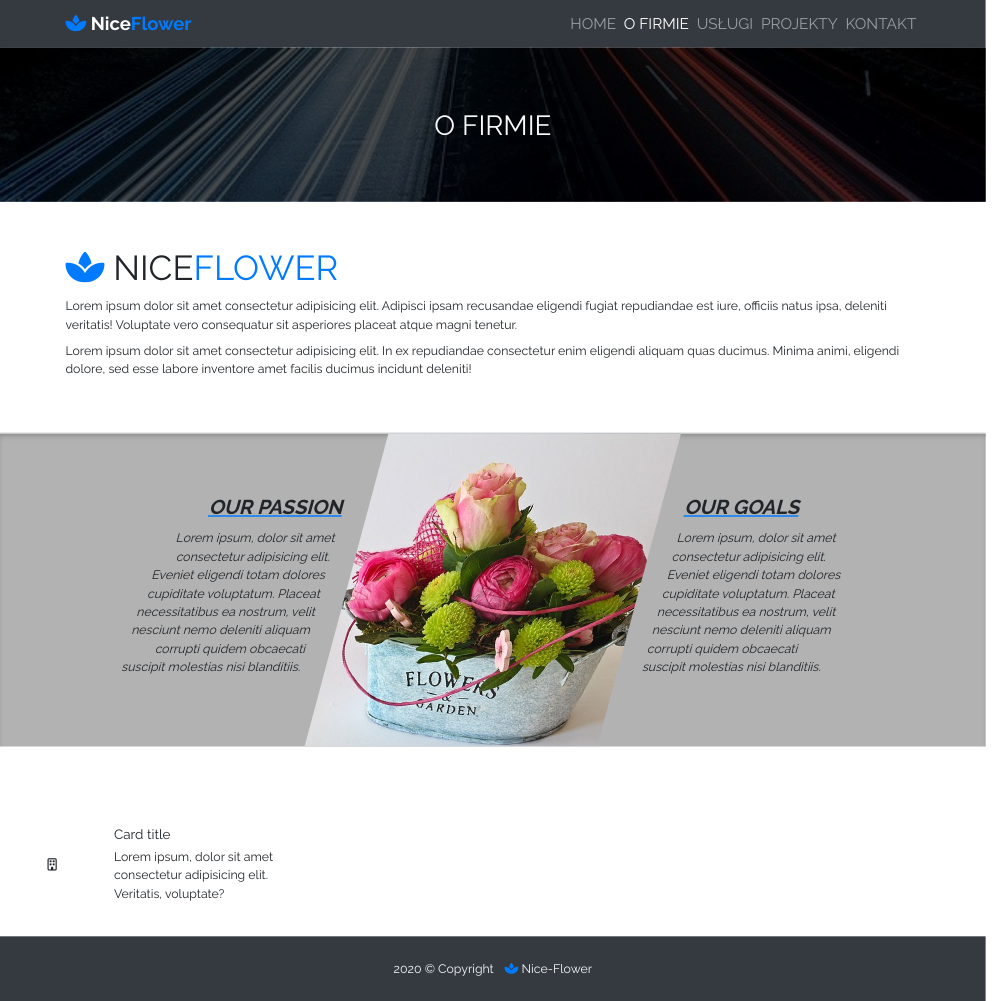
Repository: KrzysKolo/Projekt-13_Kwiaciarnia
Page: abouteus.html
These files come from the project's save history. The page is drawn as it stood at one moment and after the next save; the edit follows.
The browser window is 1280 px wide. The page is 1295 px wide, then 1280 px, so the pictures cover 1295 px, including what lies to the right of the window. The pictures show the whole page, at 77% of full size.
Some web libraries are served in a nearby version.

Above is the page before, as saved 2020-08-10 10:28:37.

### abouteus.html
<!DOCTYPE html>
<html lang="pl">
  <head>
    <meta charset="UTF-8" />
    <meta name="viewport" content="width=device-width, initial-scale=1.0" />
    <title>Nice-Flower</title>
    <script
      src="https://kit.fontawesome.com/21efeaf281.js"
      crossorigin="anonymous"
    ></script>

    <link
      rel="stylesheet"
      href="https://stackpath.bootstrapcdn.com/bootstrap/4.5.0/css/bootstrap.min.css"
      integrity="sha384-9aIt2nRpC12Uk9gS9baDl411NQApFmC26EwAOH8WgZl5MYYxFfc+NcPb1dKGj7Sk"
      crossorigin="anonymous"
    />
    <link
      href="https://fonts.googleapis.com/css2?family=Raleway:wght@400;700&display=swap"
      rel="stylesheet"
    />
    <link rel="stylesheet" href="style.css" />
  </head>
  <body>
    <nav class="navbar navbar-expand-lg navbar-dark bg-dark py-3">
      <div class="container">
        <a class="navbar-brand" href="#"
          ><i class="fas fa-spa text-primary"></i> Nice<span
            class="text-primary"
            >Flower</span
          ></a
        >
        <button
          class="navbar-toggler border-0"
          type="button"
          data-toggle="collapse"
          data-target="#navbarNavAltMarkup"
          aria-controls="navbarNavAltMarkup"
          aria-expanded="false"
          aria-label="Toggle navigation"
        >
          <i class="fas fa-bars px-4"></i>
        </button>
        <div class="collapse navbar-collapse" id="navbarNavAltMarkup">
          <div class="navbar-nav ml-auto">
            <a class="nav-link" href="index.html">Home </a>
            <a class="nav-link active" href="#"
              >O firmie<span class="sr-only">(current)</span></a
            >
            <a class="nav-link" href="services.html">Usługi</a>
            <a class="nav-link" href="projects.html">Projekty</a>
            <a class="nav-link" href="contact.html">Kontakt</a>
          </div>
        </div>
      </div>
    </nav>

    <!-- MAIN -->
    <main>
      <section class="top-hero aboutus-hero">
        <div class="hero-shadow"></div>
        <p class="top-hero-text text-light">O firmie</p>
      </section>
      <section class="aboutus-top p-5">
        <div class="row">
          <div class="container py-5">
            <p class="display-3">
              <i class="fas fa-spa text-primary"></i> Nice<span
                class="text-primary"
                >Flower</span
              >
            </p>
            <p>
              Lorem ipsum dolor sit amet consectetur adipisicing elit. Adipisci
              ipsam recusandae eligendi fugiat repudiandae est iure, officiis
              natus ipsa, deleniti veritatis! Voluptate vero consequatur sit
              asperiores placeat atque magni tenetur.
            </p>
            <p>
              Lorem ipsum dolor sit amet consectetur adipisicing elit. In ex
              repudiandae consectetur enim eligendi aliquam quas ducimus. Minima
              animi, eligendi dolore, sed esse labore inventore amet facilis
              ducimus incidunt deleniti!
            </p>
          </div>
        </div>
      </section>
      <section class="border-top border-bottom aboutus-info aboutus-shadow">
        <div class="container">
          <div class="row m-0 justify-content-center">
            <div class="col-lg-3 aboutus-text abouts-text-left">
              <h3>our passion</h3>
              <p>
                Lorem ipsum, dolor sit amet consectetur adipisicing elit.
                Eveniet eligendi totam dolores cupiditate voluptatum. Placeat
                necessitatibus ea nostrum, velit nesciunt nemo deleniti aliquam
                corrupti quidem obcaecati suscipit molestias nisi blanditiis.
              </p>
            </div>
            <div class="d-lg-none col aboutus-img"></div>
            <div class="d-none d-lg-block col-lg-4 aboutus-img"></div>
            <div class="col-lg-3 aboutus-text abouts-text-right">
              <h3>our goals</h3>
              <p>
                Lorem ipsum, dolor sit amet consectetur adipisicing elit.
                Eveniet eligendi totam dolores cupiditate voluptatum. Placeat
                necessitatibus ea nostrum, velit nesciunt nemo deleniti aliquam
                corrupti quidem obcaecati suscipit molestias nisi blanditiis.
              </p>
            </div>
          </div>
        </div>
      </section>
      <section class="aboutus-bottom py-5">
        <div class="container py-5 text-light"></div>
        <div class="row row-cols-md-2 row-cols-lg-3">
          <div class="col-md-6 col-lg-4">
            <div class="row no-gutters">
              <div
                class="col-4 d-flex justify-content-center align-items-center"
              >
                <i class="far fa-building"></i>
              </div>
              <div class="col-8">
                <div class="card-body">
                  <h3 class="card-title">Card title</h3>
                  <p class="card-text">
                    Lorem ipsum, dolor sit amet consectetur adipisicing elit.
                    Veritatis, voluptate?
                  </p>
                </div>
              </div>
            </div>
          </div>
        </div>
      </section>
    </main>
    <footer class="bg-dark text-light">
      <p class="py-5 px-3 mb-0 text-center">
        2020 &copy; Copyright
        <i class="ml-3 fas fa-spa text-primary"></i> Nice-Flower
      </p>
    </footer>
    <script
      src="https://code.jquery.com/jquery-3.5.1.slim.min.js"
      integrity="sha384-DfXdz2htPH0lsSSs5nCTpuj/zy4C+OGpamoFVy38MVBnE+IbbVYUew+OrCXaRkfj"
      crossorigin="anonymous"
    ></script>
    <script
      src="https://cdn.jsdelivr.net/npm/popper.js@1.16.0/dist/umd/popper.min.js"
      integrity="sha384-Q6E9RHvbIyZFJoft+2mJbHaEWldlvI9IOYy5n3zV9zzTtmI3UksdQRVvoxMfooAo"
      crossorigin="anonymous"
    ></script>
    <script
      src="https://stackpath.bootstrapcdn.com/bootstrap/4.5.0/js/bootstrap.min.js"
      integrity="sha384-OgVRvuATP1z7JjHLkuOU7Xw704+h835Lr+6QL9UvYjZE3Ipu6Tp75j7Bh/kR0JKI"
      crossorigin="anonymous"
    ></script>
  </body>
</html>

### style.css
* {
  box-sizing: border-box;
  margin: 0;
  padding: 0;
}
html {
  font-size: 62.5%;
}
body {
  font-family: "Raleway", sans-serif;
  font-size: 1.6rem;
}
.hero-shadow {
  position: absolute;
  top: 0;
  width: 100%;
  height: 100%;
  background-color: rgba(0, 0, 0, 0.7);
  z-index: -1;
}
.additional-text {
  font-size: 1.8rem;
}
.top-hero {
  position: relative;
  height: 20rem;
  background-size: cover;
  z-index: 0;
}
.top-hero-text {
  display: flex;
  justify-content: center;
  align-items: center;
  height: 100%;
  font-size: 3.6rem;
  text-transform: uppercase;
}
/* ----------- */
/*  nawigacja  */
/* ----------- */
nav {
  font-size: 2rem;
  text-transform: uppercase;
}
.navbar-toggler {
  font-size: 3rem;
}
.navbar-brand {
  font-size: 2.4rem;
  font-weight: bold;
  text-transform: none;
}
/* ----------- */
/*    header   */
/* ----------- */
header {
  font-size: 2rem;
}
.carousel-item {
  position: relative;
  height: 400px;
  background-position: center;
  background-size: cover;
  z-index: 0;
}
.carousel-img-one {
  background-image: url("./img/b1m.jpg");
}
.carousel-img-two {
  background-image: url("./img/b2m.jpg");
}
.carousel-img-three {
  background-image: url("./img/b4m.jpg");
}
/* ----------- */
/*     main    */
/* ----------- */
.home-boxes {
  padding: 5rem 0;
}
.home-box i {
  font-size: 4rem;
}
.home-box h3 {
  font-size: 2.6rem;
}
/* ----------- */
.home-passion {
  position: relative;
  height: 350px;
  background-image: url("./img/b8m.jpg");
  background-position: center;
  background-size: cover;
  z-index: 0;
}
/* ----------- */
.home-brand h3 {
  font-size: 3rem;
  font-weight: bold;
}
/* ----------- */
/*   aboutus   */
/* ----------- */
.aboutus-hero {
  background-image: url("./img/obrazek1.jpg");
  background-position: bottom;
}
/* ----------- */
.aboutus-top .display-3 {
  text-transform: uppercase;
}
/* ----------- */
.aboutus-info {
  background-color: rgba(0, 0, 0, 0.3);
}
.aboutus-info .container {
  padding: 2em 0.5em;
}
.aboutus-text {
  padding: 1.8rem;
}
.aboutus-text h3 {
  margin-bottom: 0.5em;
  font-size: 2.6rem;
  text-transform: uppercase;
  font-weight: bold;
  text-decoration: underline #007bff;
}
.abouts-text-right {
  text-align: right;
}
.aboutus-img {
  height: 300px;
  background-image: url("./img/b5m.jpg");
  background-position: center;
  background-size: cover;
}
/* ----------- */
/*    footer   */
/* ----------- */
footer {
  font-size: 1.6rem;
}
@media (min-width: 992px) {
  .aboutus-info .container {
    padding: 0;
  }
  .aboutus-shadow {
    box-shadow: inset 0 5px 10px -5px rgba(0, 0, 0, 0.4);
  }
  .aboutus-text {
    padding: 5em 0;
    transform: skew(-15deg);
  }
  .abouts-text-left {
    padding-right: 2em;
    text-align: right;
  }
  .abouts-text-right {
    padding-left: 2em;
    text-align: left;
  }
  .aboutus-img {
    height: auto;
    transform: skew(-15deg);
  }
}
@media (min-width: 1400px) {
  .carousel-item {
    height: 600px;
  }
  .carousel-img-one {
    background-image: url("./img/b1.jpg");
  }
  .carousel-img-two {
    background-image: url("./img/b2.jpg");
  }
  .carousel-img-three {
    background-image: url("./img/b4.jpg");
  }
}

After the next save:
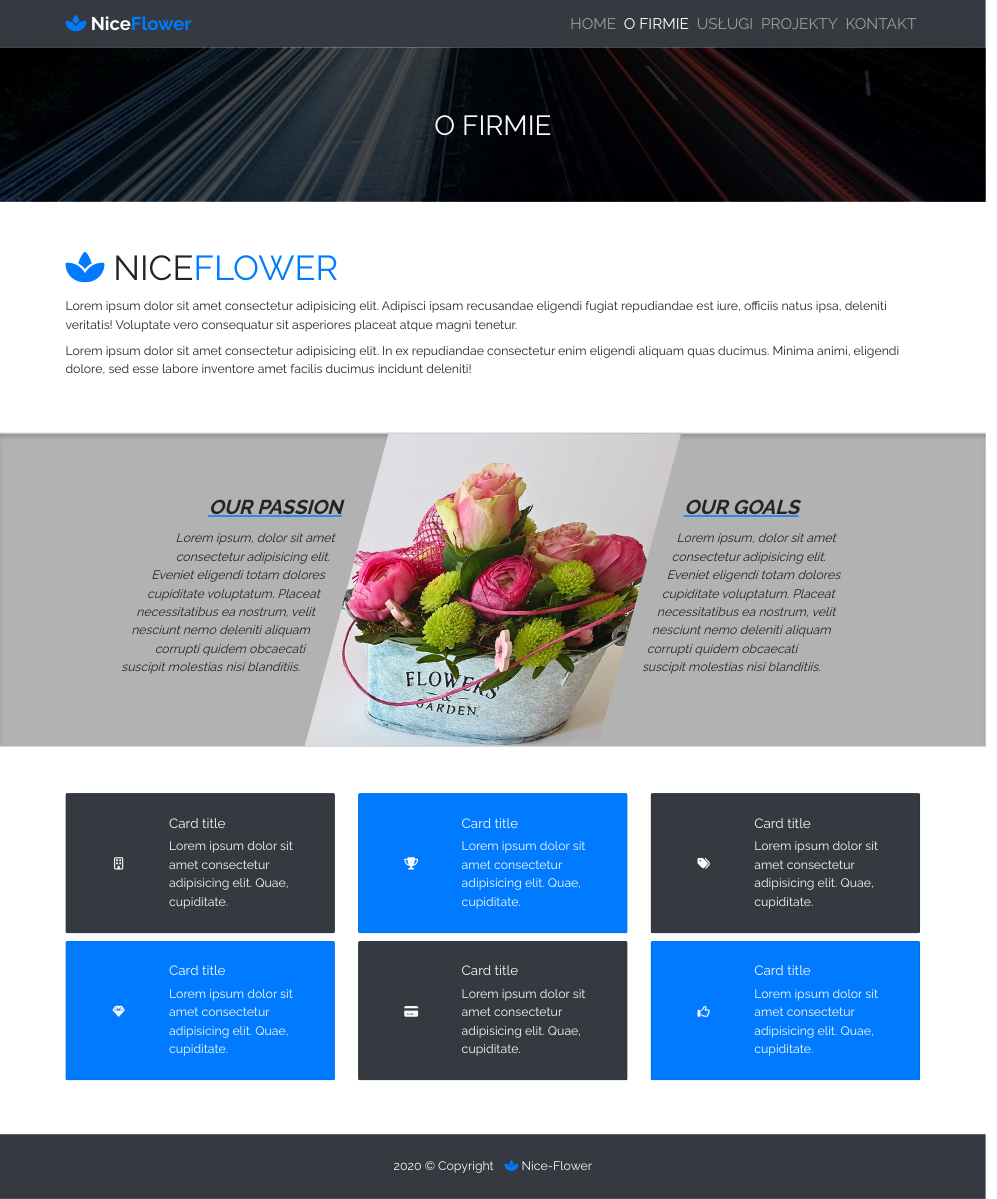
Saved 4 min 54 s later.
--- a/abouteus.html
+++ b/abouteus.html
@@ -112,22 +112,125 @@
         </div>
       </section>
       <section class="aboutus-bottom py-5">
-        <div class="container py-5 text-light"></div>
-        <div class="row row-cols-md-2 row-cols-lg-3">
-          <div class="col-md-6 col-lg-4">
-            <div class="row no-gutters">
-              <div
-                class="col-4 d-flex justify-content-center align-items-center"
-              >
-                <i class="far fa-building"></i>
-              </div>
-              <div class="col-8">
-                <div class="card-body">
-                  <h3 class="card-title">Card title</h3>
-                  <p class="card-text">
-                    Lorem ipsum, dolor sit amet consectetur adipisicing elit.
-                    Veritatis, voluptate?
-                  </p>
+        <div class="container py-5 text-light">
+          <div class="row row-cols-md-2 row-cols-lg-3">
+            <div class="col-md-6 col-lg-4">
+              <div class="card p-4 mb-3 bg-dark">
+                <div class="row no-gutters">
+                  <div
+                    class="col-4 d-flex justify-content-center align-items-center"
+                  >
+                    <i class="far fa-building"></i>
+                  </div>
+                  <div class="col-8">
+                    <div class="card-body">
+                      <h3 class="card-title">Card title</h3>
+                      <p class="card-text">
+                        Lorem ipsum dolor sit amet consectetur adipisicing elit.
+                        Quae, cupiditate.
+                      </p>
+                    </div>
+                  </div>
+                </div>
+              </div>
+            </div>
+            <div class="col-md-6 col-lg-4">
+              <div class="card p-4 mb-3 bg-primary">
+                <div class="row no-gutters">
+                  <div
+                    class="col-4 d-flex justify-content-center align-items-center"
+                  >
+                    <i class="fas fa-trophy"></i>
+                  </div>
+                  <div class="col-8">
+                    <div class="card-body">
+                      <h3 class="card-title">Card title</h3>
+                      <p class="card-text">
+                        Lorem ipsum dolor sit amet consectetur adipisicing elit.
+                        Quae, cupiditate.
+                      </p>
+                    </div>
+                  </div>
+                </div>
+              </div>
+            </div>
+            <div class="col-md-6 col-lg-4">
+              <div class="card p-4 mb-3 bg-dark">
+                <div class="row no-gutters">
+                  <div
+                    class="col-4 d-flex justify-content-center align-items-center"
+                  >
+                    <i class="fas fa-tags"></i>
+                  </div>
+                  <div class="col-8">
+                    <div class="card-body">
+                      <h3 class="card-title">Card title</h3>
+                      <p class="card-text">
+                        Lorem ipsum dolor sit amet consectetur adipisicing elit.
+                        Quae, cupiditate.
+                      </p>
+                    </div>
+                  </div>
+                </div>
+              </div>
+            </div>
+            <div class="col-md-6 col-lg-4">
+              <div class="card p-4 mb-3 bg-primary">
+                <div class="row no-gutters">
+                  <div
+                    class="col-4 d-flex justify-content-center align-items-center"
+                  >
+                    <i class="fas fa-gem"></i>
+                  </div>
+                  <div class="col-8">
+                    <div class="card-body">
+                      <h3 class="card-title">Card title</h3>
+                      <p class="card-text">
+                        Lorem ipsum dolor sit amet consectetur adipisicing elit.
+                        Quae, cupiditate.
+                      </p>
+                    </div>
+                  </div>
+                </div>
+              </div>
+            </div>
+            <div class="col-md-6 col-lg-4">
+              <div class="card p-4 mb-3 bg-dark">
+                <div class="row no-gutters">
+                  <div
+                    class="col-4 d-flex justify-content-center align-items-center"
+                  >
+                    <i class="fas fa-credit-card"></i>
+                  </div>
+                  <div class="col-8">
+                    <div class="card-body">
+                      <h3 class="card-title">Card title</h3>
+                      <p class="card-text">
+                        Lorem ipsum dolor sit amet consectetur adipisicing elit.
+                        Quae, cupiditate.
+                      </p>
+                    </div>
+                  </div>
+                </div>
+              </div>
+            </div>
+            <div class="col-md-6 col-lg-4">
+              <div class="card p-4 mb-3 bg-primary">
+                <div class="row no-gutters">
+                  <div
+                    class="col-4 d-flex justify-content-center align-items-center"
+                  >
+                    <i class="far fa-thumbs-up"></i>
+                  </div>
+                  <div class="col-8">
+                    <div class="card-body">
+                      <h3 class="card-title">Card title</h3>
+                      <p class="card-text">
+                        Lorem ipsum dolor sit amet consectetur adipisicing elit.
+                        Quae, cupiditate.
+                      </p>
+                    </div>
+                  </div>
                 </div>
               </div>
             </div>
